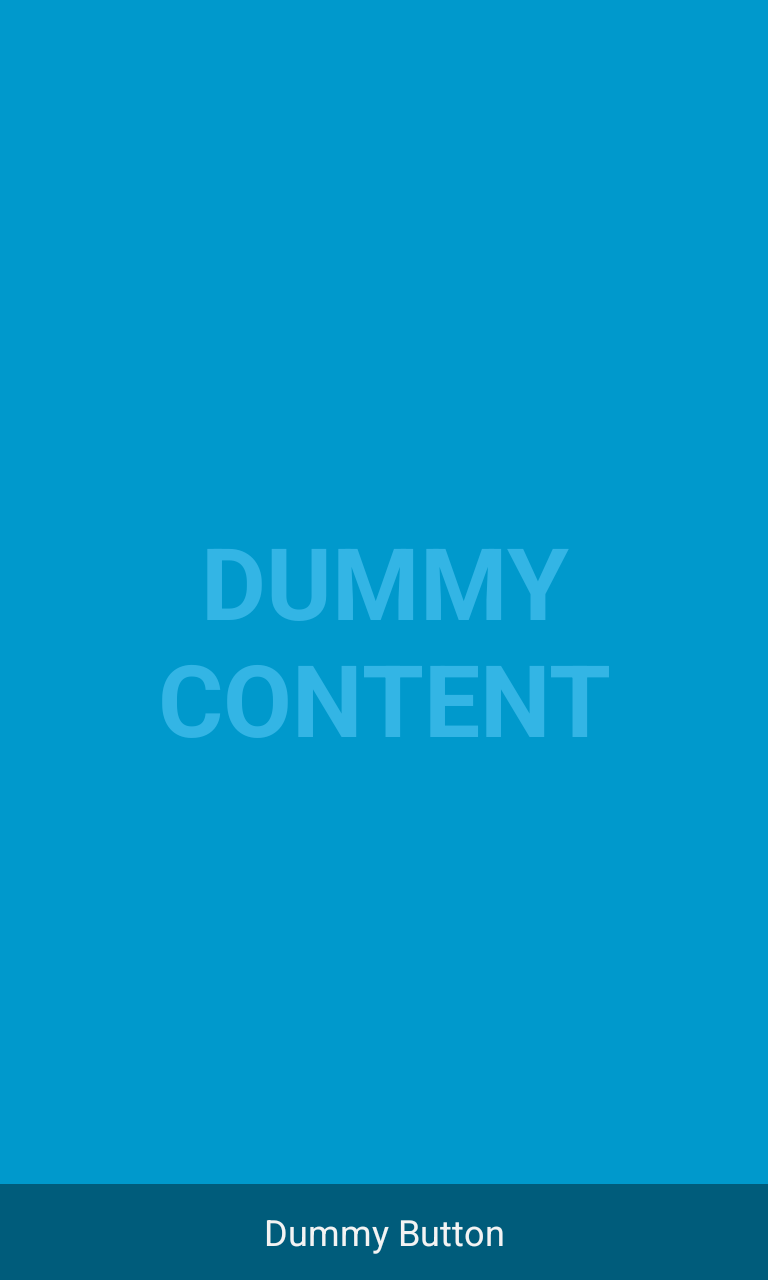
Repository: fedecarossino/seriesHook
Layout: SeriesHook/res/layout/activity_fullscreen.xml
These files come from the project's save history. The layout is drawn as it stood at one moment and after the next save; the edit follows.
It is drawn on a 768 x 1280 px phone screen (xhdpi) without system bars, with theme FullscreenTheme; the app's code is not run.

Above is the layout before, as saved 2013-05-10 14:49:44.

After the next save:
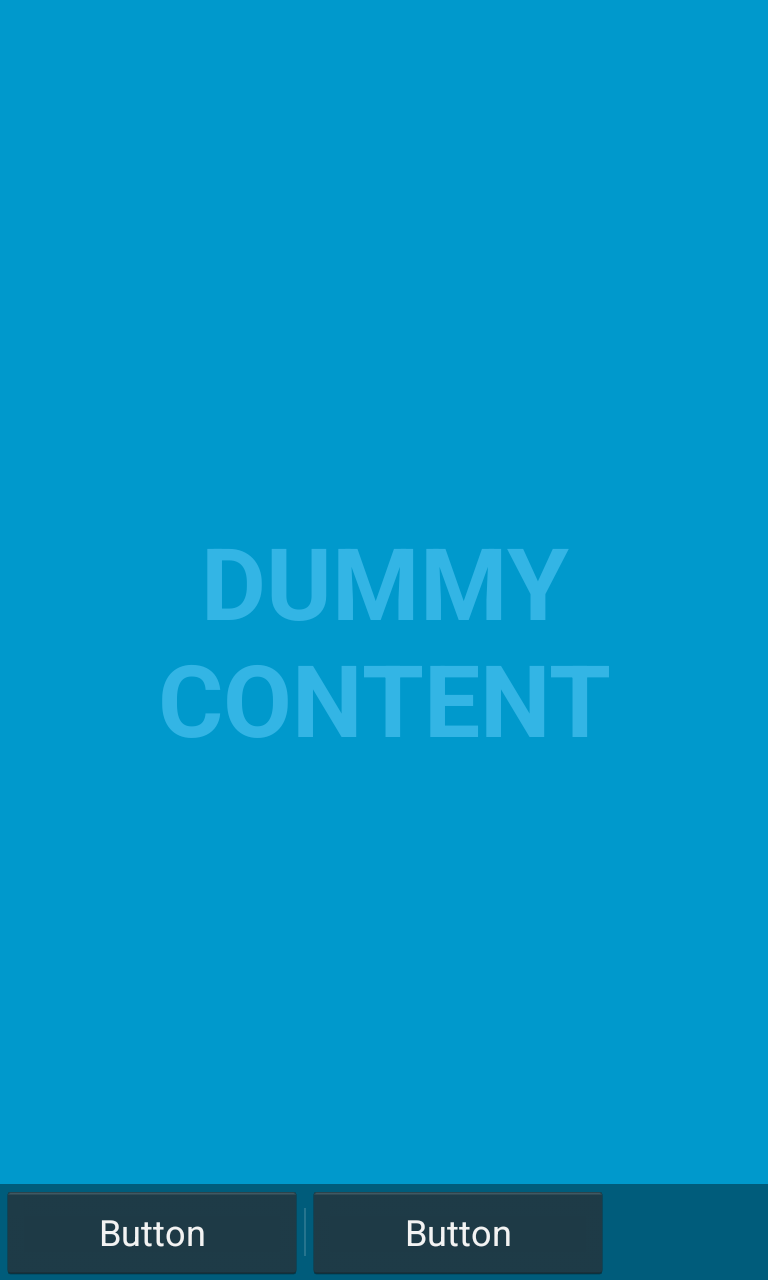
Saved 11 h 50 min later.
--- a/SeriesHook/res/layout/activity_fullscreen.xml
+++ b/SeriesHook/res/layout/activity_fullscreen.xml
@@ -43,13 +43,19 @@
             tools:ignore="UselessParent" >
 
             <Button
-                android:id="@+id/dummy_button"
-                style="?buttonBarButtonStyle"
-                android:layout_width="0dp"
+                android:id="@+id/button1"
+                android:layout_width="152dp"
                 android:layout_height="wrap_content"
-                android:layout_weight="1"
-                android:text="@string/dummy_button" />
+                android:text="Button" />
+
+            <Button
+                android:id="@+id/button2"
+                android:layout_width="152dp"
+                android:layout_height="wrap_content"
+                android:text="Button" />
+
         </LinearLayout>
+
     </FrameLayout>
 
 </FrameLayout>
